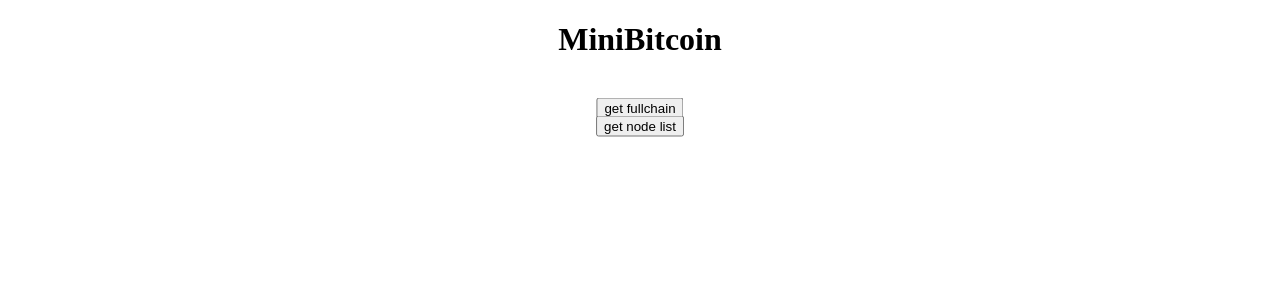
Repository: lam4562311/Minibitcoin
Page: http://localhost/
These files come from the project's save history. The page is drawn as it stood at one moment and after the next save; the edit follows.
The browser window is 1280 px wide. The pictures show the whole page.
Some web libraries are served in a nearby version. The page is served by the project's application, run on Flask 3 (bitcoin-5003.py).

Above is the page before, as saved 2022-04-08 22:17:40.

### templates/homepage.html
<!DOCTYPE html>
<html>
<head>
    <style>
        .center {
          margin:10px 0px 10px 0px;
          position: absolute;
          left: 50%;
          -ms-transform: translate(-50%, -50%);
          transform: translate(-50%, -50%);
        }
        </style>
</head>
    <body>

        <h1><center> MiniBitcoin </center></h1>


        <span id="fullchain_span"></span>
        <br>
            <div class="center">
            <button id="get_chain_bt">get fullchain</button>
            </div>
        <span id="node_list_span"></span>
        <br>
            <div class="center">
            <button id="get_node_bt">get node list</button>
            </div>

    <script src="//ajax.googleapis.com/ajax/libs/jquery/1.9.1/jquery.min.js"></script>
    <script src="{{url_for("static", filename="index.js")}}"></script>
    </body>
</html>

### bitcoin-5003.py
from operator import contains
import wx
from bitcoinclass import Transaction,Wallet,Block,Blockchain
from flask import Flask, jsonify, request, render_template, redirect, url_for, send_file
from urllib.parse import urlparse
import json
import re
import requests
import io
import logging
app = Flask(__name__)

#Flask API
@app.route('/new_transaction', methods=['POST'])
def new_transaction():
    values = request.form

    # Check that the required fields are in the PoST'ed data
    required = ['recipient_address', 'amount']
    if not all(k in values for k in required):
        return 'Missing values', 400

    #Create a new Transaction
    transaction = Transaction(myWallet.identity, values['recipient_address'], values[ 'amount'])
    transaction.add_signature(myWallet.sign_transaction(transaction))
    transaction_result = blockchain.add_new_transaction(transaction)

    if transaction_result:
        response = { 'message': 'Transaction will be added to Block'}
        return jsonify(response), 201
    else:
        response = {'message': 'Invalid Transaction!'}
        return jsonify(response), 406

@app.route( '/get_transactions' , methods=[ 'GET'])
def get_transactions():
    #Get transactions from transactions pool
    transactions = blockchain.unconfirmed_transactions
    response = {'transactions' : transactions}
    return jsonify(response), 200

@app.route('/chain', methods=['GET'])
def last_ten_blocks():
    response = {
        'chain' : blockchain.chain[-10:],
        'length': len(blockchain.chain),
    }
    return jsonify(response), 200


@app.route('/fullchain', methods=['GET'])
def full_chain():
    response = {
    'chain' : json.dumps(blockchain.chain),
    'length' : len(blockchain.chain),
    }
    return jsonify (response), 200

@app.route('/get_nodes', methods=['GET'])
def get_nodes():
    nodes = list(blockchain.nodes)
    response = {'nodes' : nodes}
    return jsonify(response), 200

@app.route('/register_node', methods=['POST'])
def register_node():
    values = request.form
    node = values.get('node')
    com_port = values.get('com_port')
    if node is None and com_port is None:
        return "Error: Please supply a valid list of nodes", 400
    if com_port is not None:
        blockchain.register_node(request.remote_addr + ":" + com_port)
        node = request.remote_addr + ":" + com_port
        app.logger.warning(node)
    else:
        blockchain.register_node(node)
    node_list = requests.get('http://' + node + '/get_nodes')
    if node_list.status_code == 200:
        node_list = node_list.json()['nodes']
        for node in node_list:
            blockchain.register_node( node)

    for new_nodes in blockchain.nodes:
        requests.post( 'http://' + new_nodes + '/register_node' , data={'com_port':str(port)})

    replaced = blockchain.consensus()
    if replaced:
        app.logger.warning('replaced')
        response ={
        'message' : 'Longer authoritative chain found from peers, replacing ours' ,
        'total_nodes ' : [node for node in blockchain.nodes]}
    else:
        response ={
        'message': 'New nodes have been added,but our chain is authoritative',
        'total_nodes' : [node for node in blockchain.nodes]
    }
    return jsonify(response), 201

@app.route('/consensus', methods=['GET'])
def consensus():
    replaced = blockchain.consensus()
    if replaced:
        app.logger.info('replaced')
        response = {
            'message' : 'our chain was replaced',
        }
    else:
        app.logger.info('not replaced')
        response = {
        'message ' : 'our chain is authoritative',
        }
    return jsonify(response), 200

@app.route('/mine', methods=[ 'GET'])
def mine():
    blockchain.boardcast_transactions(request.host)

    newblock = blockchain.mine(myWallet)
    for node in blockchain.nodes:
        ans = requests.get('http://' + node + '/consensus')
        app.logger.info(ans)
    response = {
        'index' : newblock.index,
        'transactions' : newblock.transactions,
        'timestamp' : newblock.timestamp,
        'nonce' : newblock.nonce,
        'hash' : newblock.hash,
        'previous_hash' : newblock.previous_hash
    }
    return jsonify( response), 200

@app.route('/import_key', methods=['POST'])
def import_key():
    f = request.files['file']
    blob = f.read()
    myWallet.import_key(blob)
    return 'key imported successfully'

@app.route('/export_key', methods=['GET'])
def export_key():
    blob = myWallet.export_key()
    return send_file(
        io.BytesIO(blob),
        mimetype='application/octet-stream',
        as_attachment = True,
        attachment_filename = "keyfile")

@app.route('/get_status', methods=['GET'])
def get_status():
    response ={
        'public_key' : myWallet.identity,
        'balance': blockchain.get_balance(myWallet.identity)
    }
    return jsonify(response),200

@app.route('/update_balance', methods=['PUT'])
def update_balance():
    myWallet.balance = blockchain.get_balance(myWallet.identity)
    response = {'message': 'Balance updated'}
    return jsonify(response), 200

@app.route('/sync_transactions', methods=['GET'])
def sync_transactions():
    result = blockchain.boardcast_transactions(request.host)
    if result:
        response = {
            'message': 'Synchronized Transactions'
        }
    else:
        resonse = {'message': 'False'}
    return jsonify(resonse), 200

@app.route('/')
def index():
    return render_template('homepage.html')

if __name__ == '__main__':
    myWallet = Wallet()
    blockchain = Blockchain()
    port = 5003
    app.logger.setLevel(logging.DEBUG)
    app.run(host='127.0.0.1', port=port, debug = True)

### static/index.js
let get_chain_bt = document.querySelector("#get_chain_bt");
let get_node_bt = document.querySelector("#get_node_bt");

let full_chain_span = document.querySelector("#fullchain_span")
let full_node_span = document.querySelector("#node_list_span")
function get_full_chain(){
    $.ajax({
        type: "GET",
        contentType: "application/json; charset=utf-8",
        url:"/fullchain",
        dataType: "json",
        success: (data) => {
            full_chain_span.innerHTML = JSON.stringify(data);
        }
    });

}
function get_node_list(){
    $.ajax(
        {
            type: "GET",
            contentType: "application/json; charset: utf-8",
            url:"/get_nodes",
            dataType: "json",
            success: (data) => {
                full_node_span.innerHTML = JSON.stringify(data);
            }
        }
    )
}
$(get_chain_bt).click(()=>get_full_chain());
$(get_node_bt).click(()=>get_node_list());

After the next save:
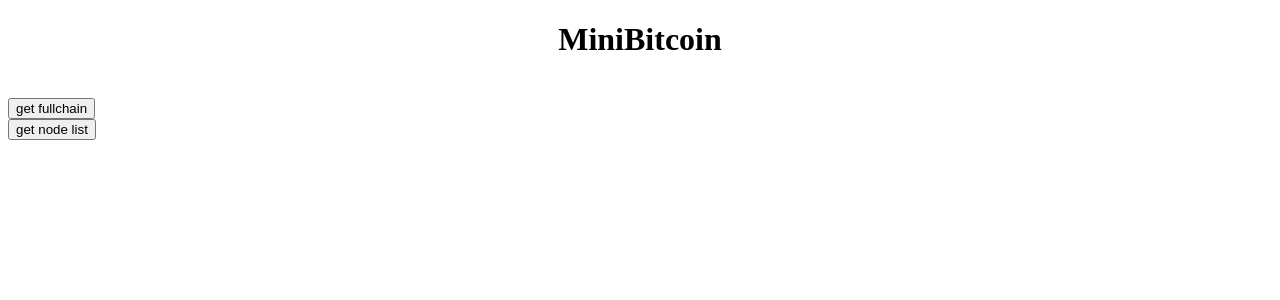
Saved 40 s later.
--- a/templates/homepage.html
+++ b/templates/homepage.html
@@ -18,14 +18,12 @@
 
         <span id="fullchain_span"></span>
         <br>
-            <div class="center">
             <button id="get_chain_bt">get fullchain</button>
-            </div>
+
         <span id="node_list_span"></span>
         <br>
-            <div class="center">
+
             <button id="get_node_bt">get node list</button>
-            </div>
 
     <script src="//ajax.googleapis.com/ajax/libs/jquery/1.9.1/jquery.min.js"></script>
     <script src="{{url_for("static", filename="index.js")}}"></script>
